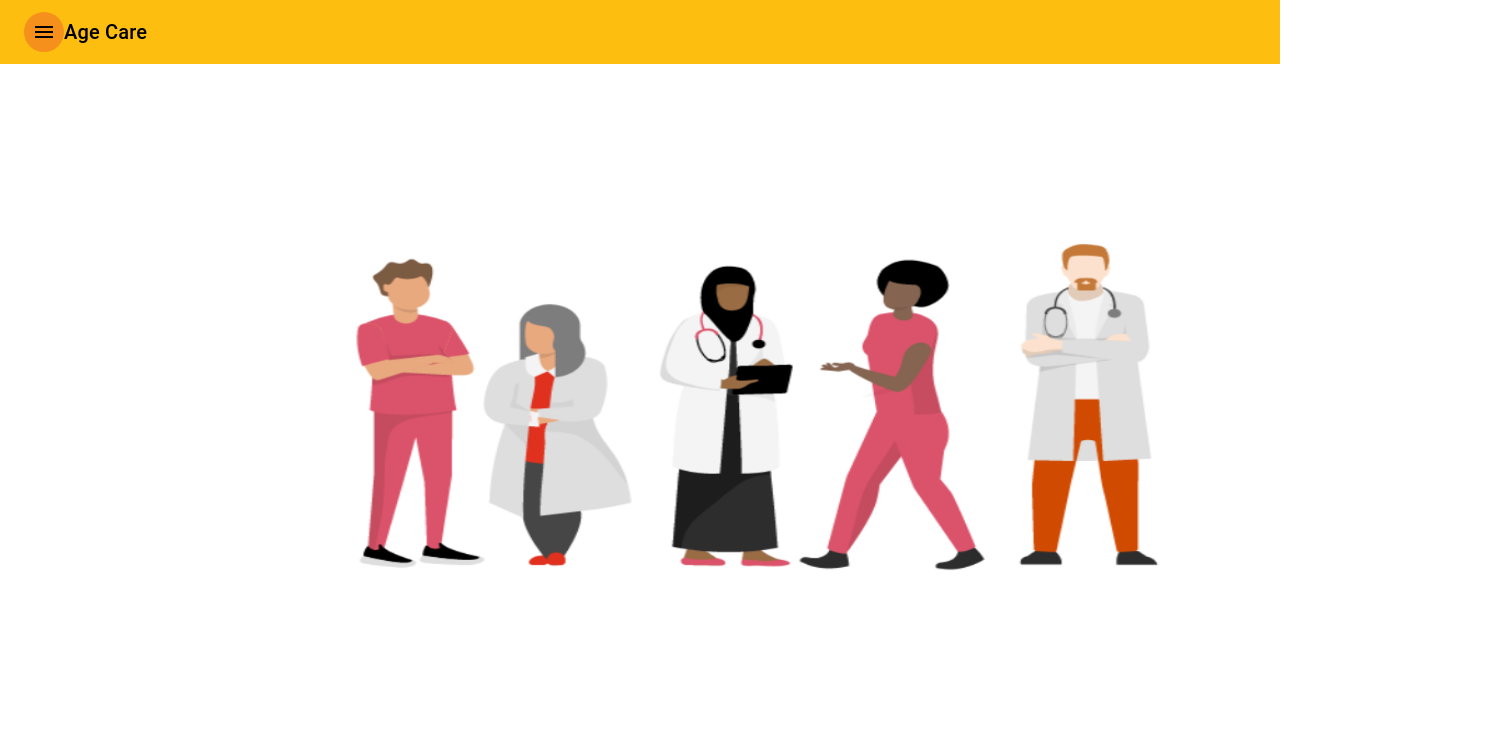
Repository: kimchybob/age_care
Page: /
An editor plug-in stored every save of this project. The page is shown before and after the next save, followed by the edit.
The browser window is 1280 px wide. The page is 1500 px wide, then 1280 px, then 1500 px, so the pictures cover 1500 px, including what lies to the right of the window. The pictures show the whole page.
The project was rebuilt for these pictures with package versions that can differ from the ones it lists, and the page was loaded fresh each time. Also part of the build but not shown: src/Components/LineChart.js, src/Components/MultiSelectList.js, src/Components/DateSelecter.js, src/Components/TimeSelecter.js, src/Components/SingleSelectList.js, src/Pages/ChartPage.js, src/Components/TableChart.js, src/Pages/DataGridPage.js.

Above is the page before, as saved 2022-03-24 11:40:45.

After the next save:
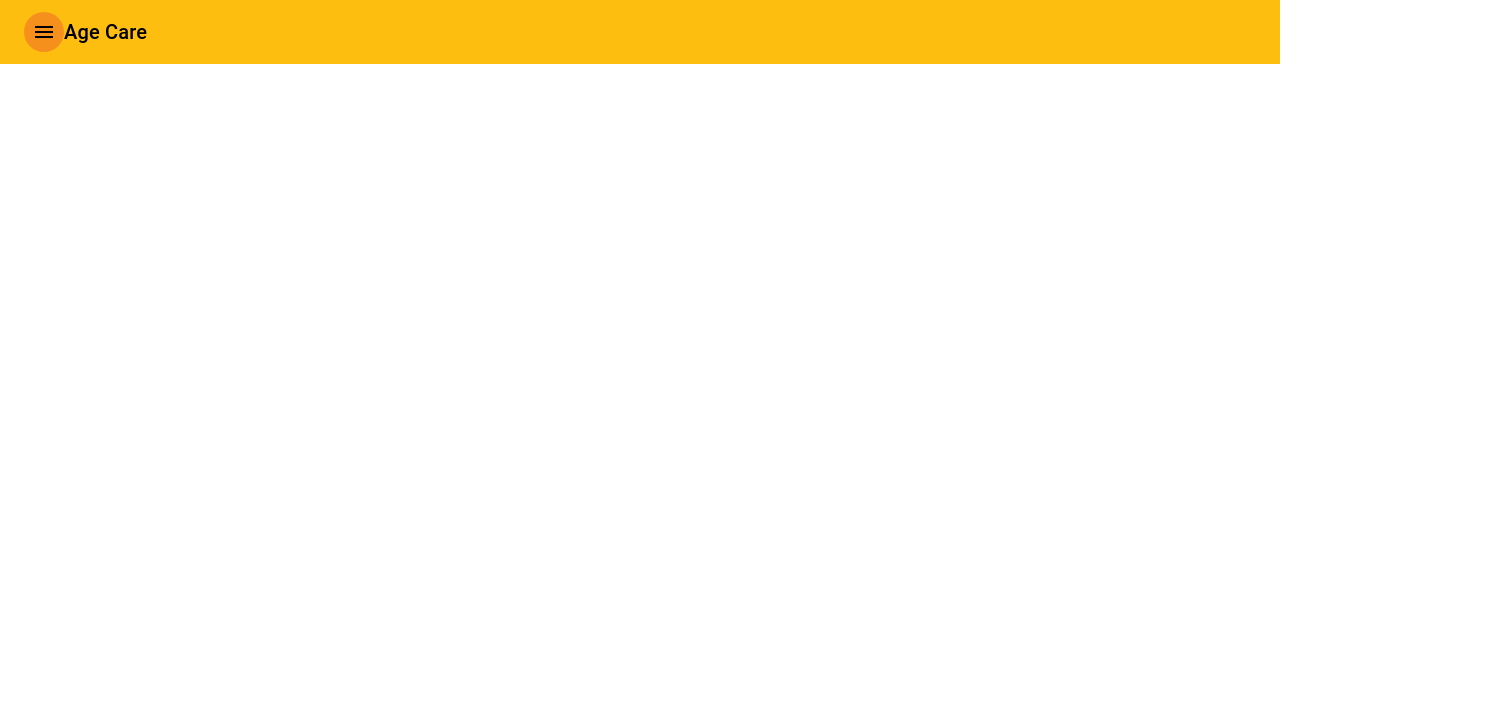
Saved 25 s later.
--- a/src/App.js
+++ b/src/App.js
@@ -21,7 +21,7 @@
         <NavToolbar function={setView}/>
         <div style={{width:1500}}>
           <Switch>
-            <Route path="/">
+            <Route path="/home">
               <WelcomePage/>
             </Route>
             <Route path="/chartPage">

After the save that followed:
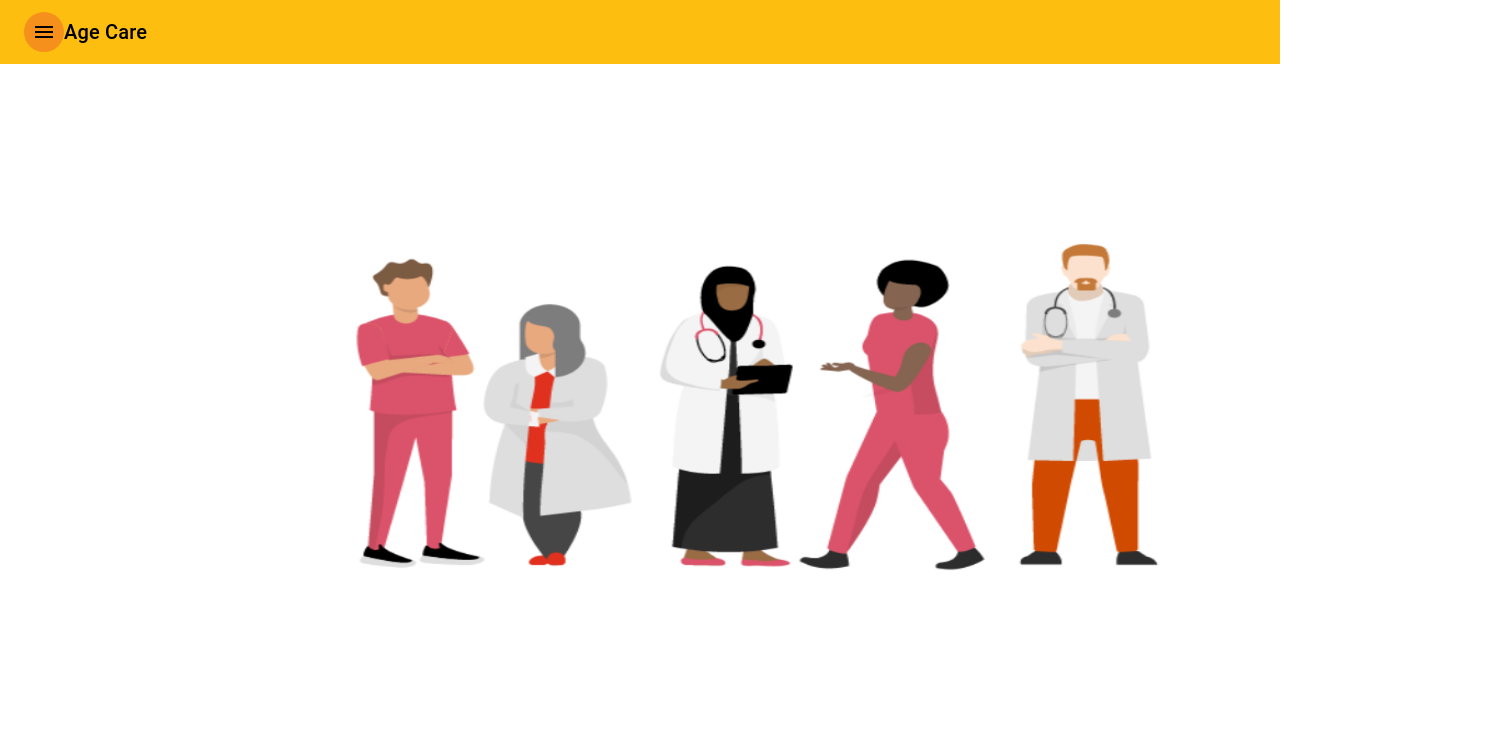
Saved 14 s later.
--- a/src/App.js
+++ b/src/App.js
@@ -21,7 +21,7 @@
         <NavToolbar function={setView}/>
         <div style={{width:1500}}>
           <Switch>
-            <Route path="/home">
+            <Route path="/">
               <WelcomePage/>
             </Route>
             <Route path="/chartPage">
